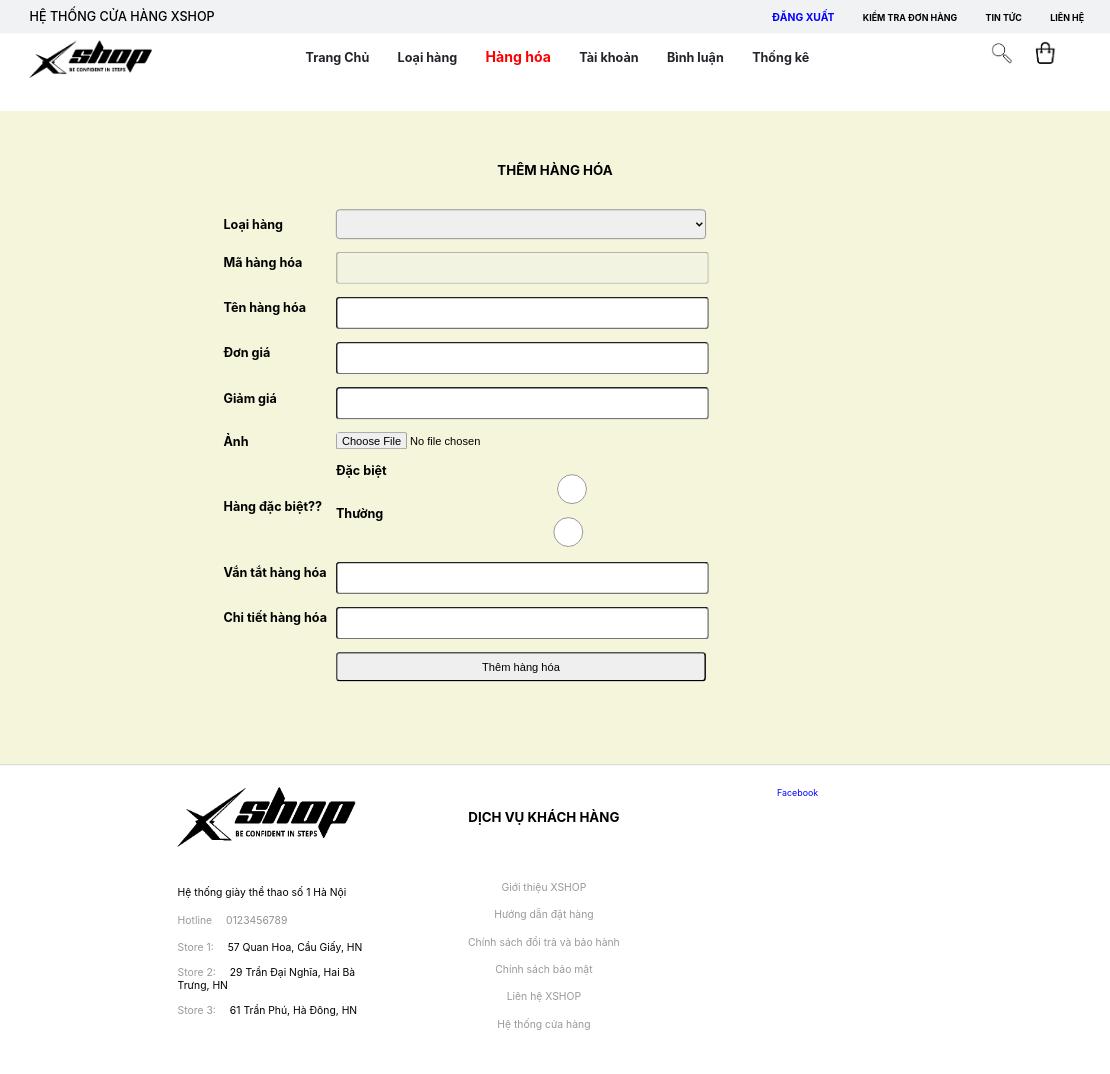
Repository: tienaq123/dam
Page: http://localhost/ass/ad/themsanpham.php
An editor plug-in stored every save of this project. The page is shown before and after the next save, followed by the edit.
The browser window is 1280 px wide. The page is 1500 px wide, so the pictures cover 1500 px, including what lies to the right of the window. The pictures show the whole page, at 74% of full size.
The page is run by PHP 8.4 with error messages shown; the project is at /var/www/html/. Queries for data that is not in the repository find no rows.

Above is the page before, as saved 2021-10-22 02:21:26.

### ad/themsanpham.php
<?php ob_start(); ?>
<!DOCTYPE html>
<html lang="en">

<head>
    <meta charset="UTF-8">
    <meta http-equiv="X-UA-Compatible" content="IE=edge">
    <meta name="viewport" content="width=device-width, initial-scale=1.0">
    <title>Thêm hàng hóa</title>
    <link rel="stylesheet" href="../css/them.css">
</head>

<body>
    <div id="wapper">

        <div id="topbar">
            <a href="#">
                <h2> HỆ THỐNG CỬA HÀNG XSHOP</h2>
            </a>
            <ul>
                <li><a class="active" style="color:blue; font-size: 14px;" href="../logout.php">ĐĂNG XUẤT</a></li>
                <li><a href="product.php">KIỂM TRA ĐƠN HÀNG</a></li>
                <li><a href="product.php">TIN TỨC</a></li>
                <li><a href="product.php">LIÊN HỆ</a></li>
            </ul>
        </div>
        <header id="header">
            <div id="logo">
                <a href="http://localhost/xshop/"> <img src="../img/logo.png" alt="Logo"></a>
            </div>
            <div class="menu">
                <ul>
                    <li><a href="../home.php">Trang Chủ</a></li>
                    <li><a href="quantridanhmuc.php">Loại hàng</a></li>
                    <li><a href="quantrisanpham.php" style="color: red; font-size: 19px;">Hàng hóa</a></li>
                    <li><a href="quantritaikhoan.php">Tài khoản</a></li>
                    <li><a href="quantritaikhoan.php">Bình luận</a></li>
                    <li><a href="quantritaikhoan.php">Thống kê</a></li>
                    <div id="nav">
                        <a href="product.php"> <img src="../img/search.png" alt=""></a>
                        <a href="product.php"><img src="../img/giohang.png" alt=""></a>
                    </div>
                </ul>

            </div>

        </header>

        <!-- END HEADER -->

        <main>
            <h2 style="text-align: center; margin: 20px 0px 40px 0px;">THÊM HÀNG HÓA</h2>
            <form action="" method="POST" enctype="multipart/form-data">

                <table>
                    <tr>
                        <td class="left">Loại hàng</td>
                        <td class="right"><select style="width: 500px; height: 40px; border-radius: 5px;" name="danhmuc">
                                <?php
                                include '../db.php';
                                $sqldmuc = "select * from danhmuc";
                                $kqdm = $conn->query($sqldmuc);
                                foreach ($kqdm as $key => $rows) {
                                ?>
                                    <option value="<?php echo $rows['id_danhmuc'] ?>"><?php echo $rows['tendanhmuc'] ?>
                                    </option>
                                <?php
                                }
                                ?>
                            </select> <br></td>
                    </tr>

                    <tr>
                        <td class="left">Mã hàng hóa</td>
                        <td class="right"><input type="text" name="ma_hh" disabled> <br></td>
                    </tr>

                    <tr>
                        <td class="left">Tên hàng hóa</td>
                        <td class="right"><input type="text" name="tensp"> <br></td>
                    </tr>

                    <tr>
                        <td class="left">Đơn giá</td>
                        <td class="right"><input type="text" name="don_gia"> <br></td>
                    </tr>

                    <tr>
                        <td class="left">Giảm giá</td>
                        <td class="right"><input type="text" name="giam_gia"> <br></td>
                    </tr>
                    <tr>
                        <td class="left">Ảnh</td>
                        <td class="right"><input type="file" name="hinh"><br></td>
                    </tr>

                    <tr>
                        <td class="left">Hàng đặc biệt??</td>
                        <td class="right"><input name="dac_biet" type="radio" value="dac_biet" /><span style="font-size: 17px; font-weight:bold; float:left;"> Đặc biệt</span>
                                          <input name="dac_biet" type="radio" value="thuong" /><span style="font-size: 17px; font-weight:bold; float:left;"> Thường</span> <br>
                        </td>
                    </tr>

                    <tr>
                        <td class="left">Vắn tắt hàng hóa</td>
                        <td class="right"><input type="text" name="vantatsp"> <br></td>
                    </tr>

                    <tr>
                        <td class="left">Chi tiết hàng hóa</td>
                        <td class="right"><input type="text" name="chitietsp"> <br></td>
                    </tr>

                    <tr>
                        <td></td>
                        <td class="right"><input type="submit" value="Thêm hàng hóa" name="btn"></td>
                    </tr>
                </table>

            </form>
            <?php
            if (isset($_POST['btn'])) {
                $tensp = $_POST['tensp'];
                $giacu = $_POST['giacu'];
                $giamoi = $_POST['giamoi'];
                $vantatsp = $_POST['vantatsp'];
                $chitietsp = $_POST['chitietsp'];
                $danhmuc = $_POST['danhmuc'];

                $tenanh = $_FILES['anhsp']['name'];
                $duongdananh = $_FILES['anhsp']['tmp_name'];
                move_uploaded_file($duongdananh, '../images/' . $tenanh);

                $sql = "insert into sanpham values(null, '$tensp', '$tenanh', '$giacu', '$giamoi', '$vantatsp', '$chitietsp', '$danhmuc')";
                $kq = $conn->prepare($sql);
                if ($kq->execute()) {
                    header("location:quantrisanpham.php");
                } else {
                    echo "Không thêm được";
                }
            }
            ?>
        </main>

        <footer id="footer">
            <div id="logo_footer">
                <a href="#"><img src="../img/logo.png" alt=""></a>
                <p>Hệ thống giày thể thao số 1 Hà Nội</p>
                <p class="hotline"><span>Hotline</span> <a href="#">0123456789</a></p>
                <p><span>Store 1:</span> 57 Quan Hoa, Cầu Giấy, HN <br> <br> <span>Store 2:</span> 29 Trần Đại Nghĩa,
                    Hai Bà Trưng, HN <br> <br><span>Store 3:</span> 61
                    Trần Phú, Hà Đông, HN <br> <br> </p>
            </div>
            <div id="dichvu">
                <h2>DỊCH VỤ KHÁCH HÀNG</h2>
                <p><a href="#">Giới thiệu XSHOP</a> <br> </p>
                <p><a href="#">Hướng dẫn đặt hàng</a> <br> </p>
                <p><a href="#">Chính sách đổi trả và bảo hành</a> <br> </p>
                <p><a href="#">Chính sách bảo mật</a> <br> </p>
                <p><a href="#">Liên hệ XSHOP</a> <br> </p>
                <p><a href="#">Hệ thống cửa hàng</a></p>
            </div>

            <div id="facebook">
                <div id="fb-root"></div>
                <script async defer crossorigin="anonymous" src="https://connect.facebook.net/vi_VN/sdk.js#xfbml=1&version=v10.0&appId=256623368880552&autoLogAppEvents=1" nonce="aj8H3wq8"></script>
                <div class="fb-page" data-href="https://www.facebook.com/facebook" data-tabs="timeline" data-width="250" data-height="300" data-small-header="false" data-adapt-container-width="true" data-hide-cover="false" data-show-facepile="true">
                    <blockquote cite="https://www.facebook.com/facebook" class="fb-xfbml-parse-ignore"><a href="https://www.facebook.com/facebook">Facebook</a></blockquote>
                </div>
            </div>
        </footer>
    </div>
</body>

</html>

### db.php
<?php
    try {
        $conn=new PDO("mysql:host=localhost; dbname=dam;charset=utf8", "root", "");
    } catch (PDOException $e) {
        echo "Lỗi kết nối";
    }

### css/them.css
img {
    width: 200px;
}

* {
    margin: 0;
    padding: 0;
}

body {
    font-family: -apple-system, BlinkMacSystemFont, 'Segoe UI', Roboto, Oxygen, Ubuntu, Cantarell, 'Open Sans', 'Helvetica Neue', sans-serif;
    font-size: 12px;
}

a {
    text-decoration: none;
    color: blue;
    list-style: none;
}



img {
    border: 0px;
}

header,
nav,
section,
aside,
article,
footer,
table,
figure {
    display: block;
}

/* code page */

#wapper {
    width: 1500px;
    margin: auto;
    ;
    overflow: hidden;
}

#topbar {
    width: 1500px;
    height: 45px;
    background-color: #f1f2f4;
    float: left;
}

#topbar h2 {
    font-size: 17px;
    font-weight: 500;
    line-height: 45px;
    margin-left: 40px;
    color: #000;
    float: left;
}

#topbar ul {
    float: right;
}

#topbar ul li {
    display: inline-block;
    line-height: 45px;
    margin-right: 35px;
}

#topbar ul li a {
    color: #000;
    font-weight: bolder;
}

#topbar ul li a:hover {
    color: #775454;
}

#topbar ul li .active {
    color: cornflowerblue;
    font-size: 14px;
}

#header {
    width: 100%;
    height: 100px;
    background-color: #ffffff;
    padding: 10px 0 40px 0;
}

#header #logo img {
    float: left;
    width: 165px;
    height: 50px;
    color: #000;
    margin: 10px 0 0 40px;
}

#header .menu ul {
    text-align: center;
    margin-right: 50px;
    line-height: 66px;
}

#header .menu ul li {
    display: inline-block;
    margin-right: 35px;
}

#header .menu ul li a {
    font-size: 17px;
    font-weight: bold;
    color: #23232c;
}

#header .menu ul li a:hover {
    color: red;
}

#nav {
    float: right;
    line-height: 80px;
}

#nav img {
    width: 35px;
    height: 35px;
    margin-right: 20px;
}

main {
    background-color: beige;
    padding: 50px 0px 100px 0px;
}

main table {
    margin: 10px 0px 10px 300px;
}

main table .left {
    width: 150px;
    height: 30px;
    font-size: 17px;
    font-weight: bold;
    margin-top: 15px;
}

main table input {
    width: 500px;
    height: 40px;
    border-radius: 5px;
    margin-top: 15px;
    font-size: 15px;
}

main table tr {
    padding-top: 50px;
    border: 1px solid black;
}

/* END MAIN */

#footer {
    width: 1500px;
    border-top: 1px solid #ccc;
    display: grid;
    grid-template-columns: 1fr 1fr 1fr;
}

#footer #logo_footer {
    float: left;
}

#footer #logo_footer img {
    width: 240px;
    height: 80px;
    margin: 30px 0 30px 240px;
}

#footer #logo_footer a {
    color: #909097;
}

#footer #logo_footer span {
    color: #999999;
    margin-right: 15px;
}

#footer #logo_footer p {
    font-size: 14px;
    margin: 20px 0 20px 240px;
}

#footer #dichvu {
    text-align: center;
    margin: 60px 30px 40px 0;
}

#footer #dichvu h2 {
    margin-bottom: 75px;
}

#footer #dichvu p {
    margin-bottom: 20px;
}

#footer #dichvu p a {
    font-size: 14px;
    color: #999999;
}

#footer #facebook {
    margin: 30px 0 0 50px;
}

After the next save:
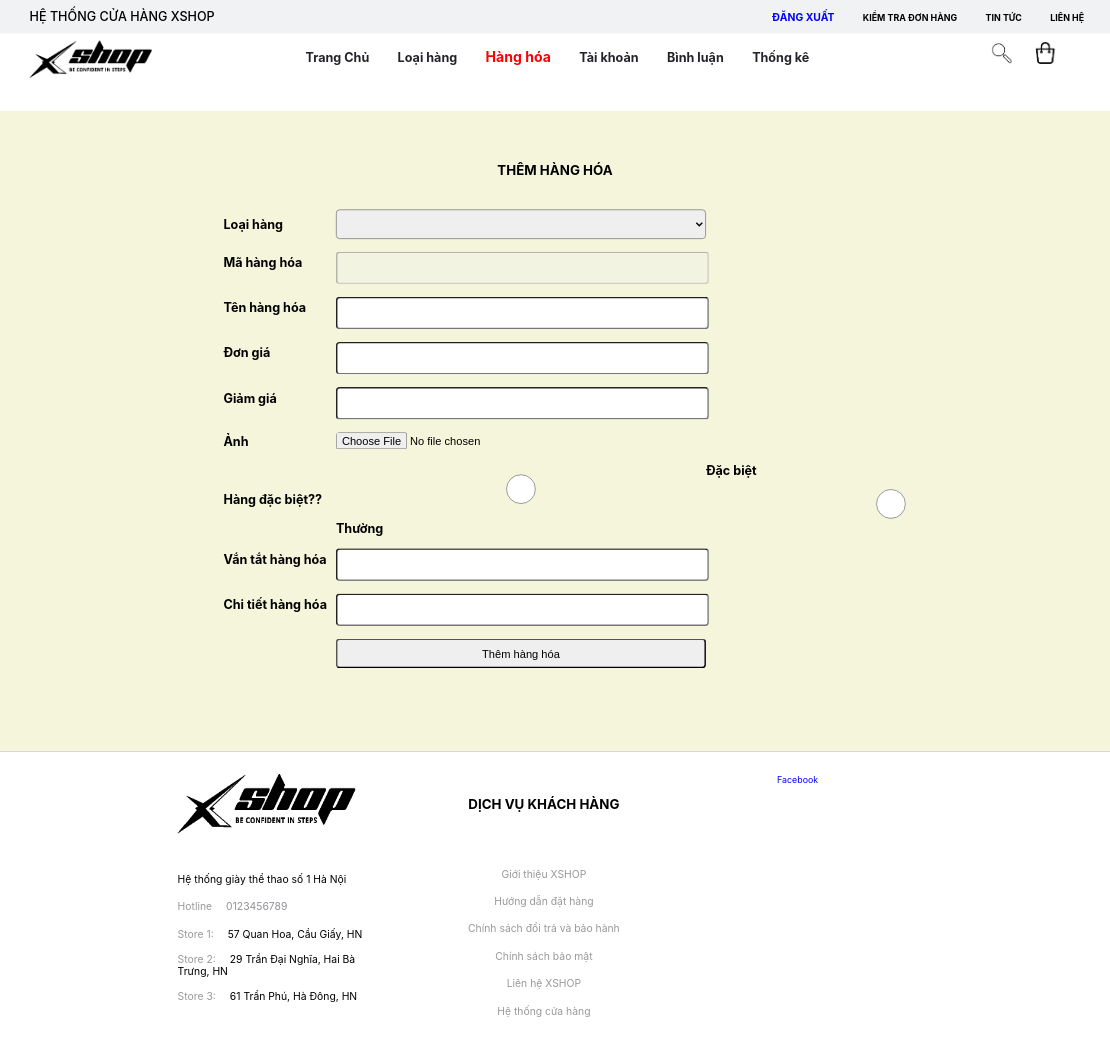
Saved 24 s later.
--- a/ad/themsanpham.php
+++ b/ad/themsanpham.php
@@ -96,7 +96,7 @@
 
                     <tr>
                         <td class="left">Hàng đặc biệt??</td>
-                        <td class="right"><input name="dac_biet" type="radio" value="dac_biet" /><span style="font-size: 17px; font-weight:bold; float:left;"> Đặc biệt</span>
+                        <td class="right"><input style="float: left;" name="dac_biet" type="radio" value="dac_biet" /><span style="font-size: 17px; font-weight:bold; float:left;"> Đặc biệt</span>
                                           <input name="dac_biet" type="radio" value="thuong" /><span style="font-size: 17px; font-weight:bold; float:left;"> Thường</span> <br>
                         </td>
                     </tr>
